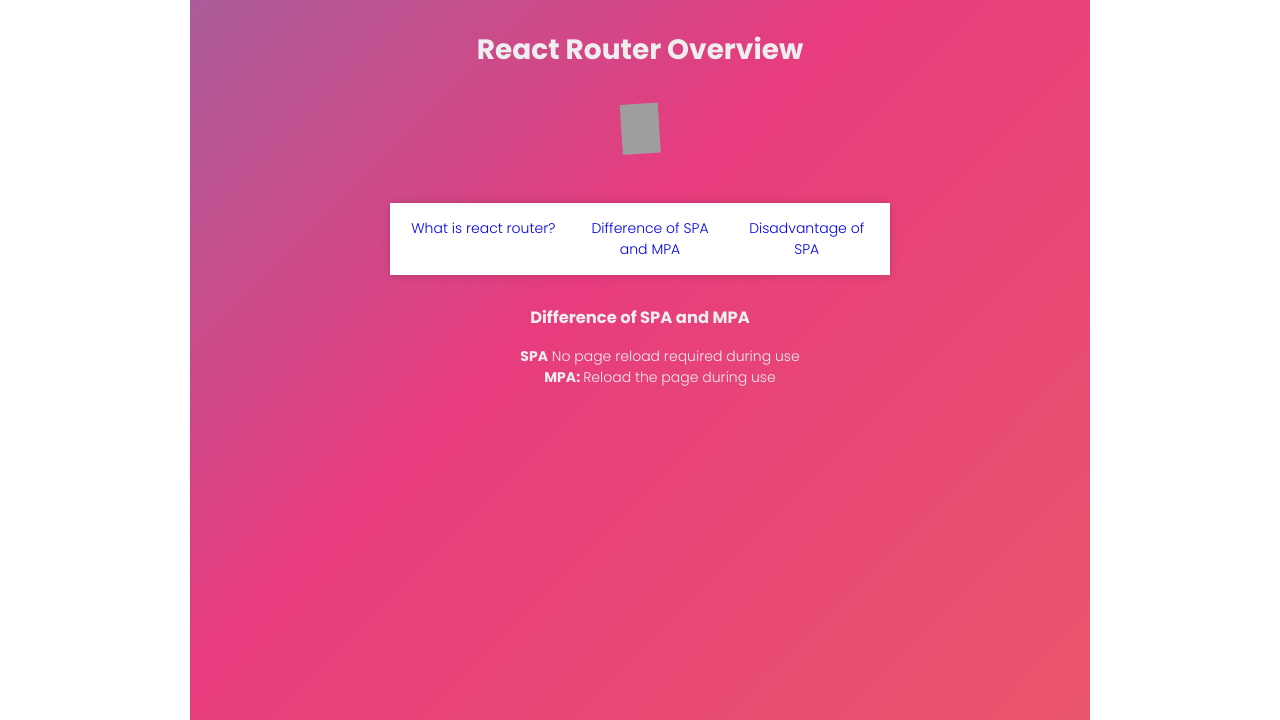
Repository: nguy3nds/2021-18-9-react
Page: /How
An editor plug-in stored every save of this project. The page is shown before and after the next save, followed by the edit.
The browser window is 1280 px wide. The pictures show the whole page.
Pictures or frames that could not be fetched are drawn as grey boxes. The project was rebuilt for these pictures with package versions that can differ from the ones it lists, and the page was loaded fresh each time. Also part of the build but not shown: src/components/What.js, src/components/How.js.

Above is the page before, as saved 2021-09-19 21:45:47.

After the next save:
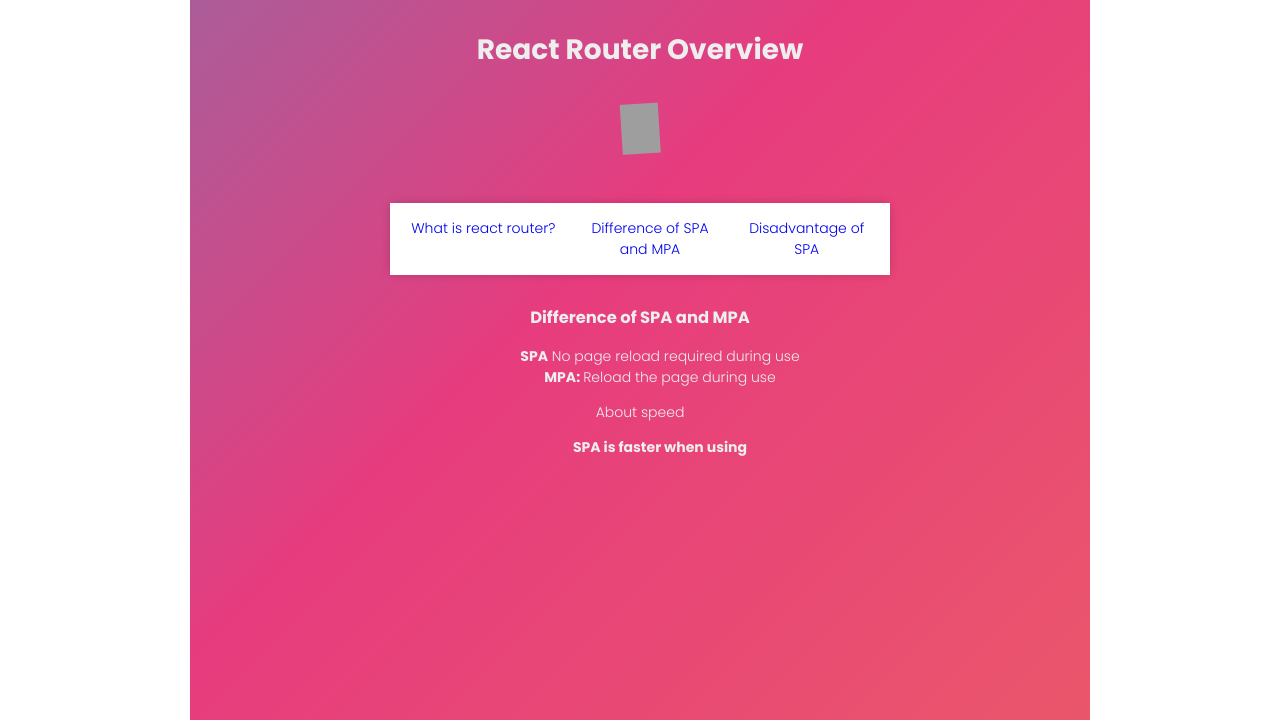
Saved 34 s later.
--- a/src/components/Why.js
+++ b/src/components/Why.js
@@ -10,8 +10,12 @@ export default function Why() {
           <b>MPA: </b> Reload the page during use
         </li>
       </ul>
-      <p></p>
-      <ul></ul>
+      <p>About speed</p>
+      <ul>
+        <li>
+          <b>SPA is faster when using</b>
+        </li>
+      </ul>
     </div>
   );
 }
